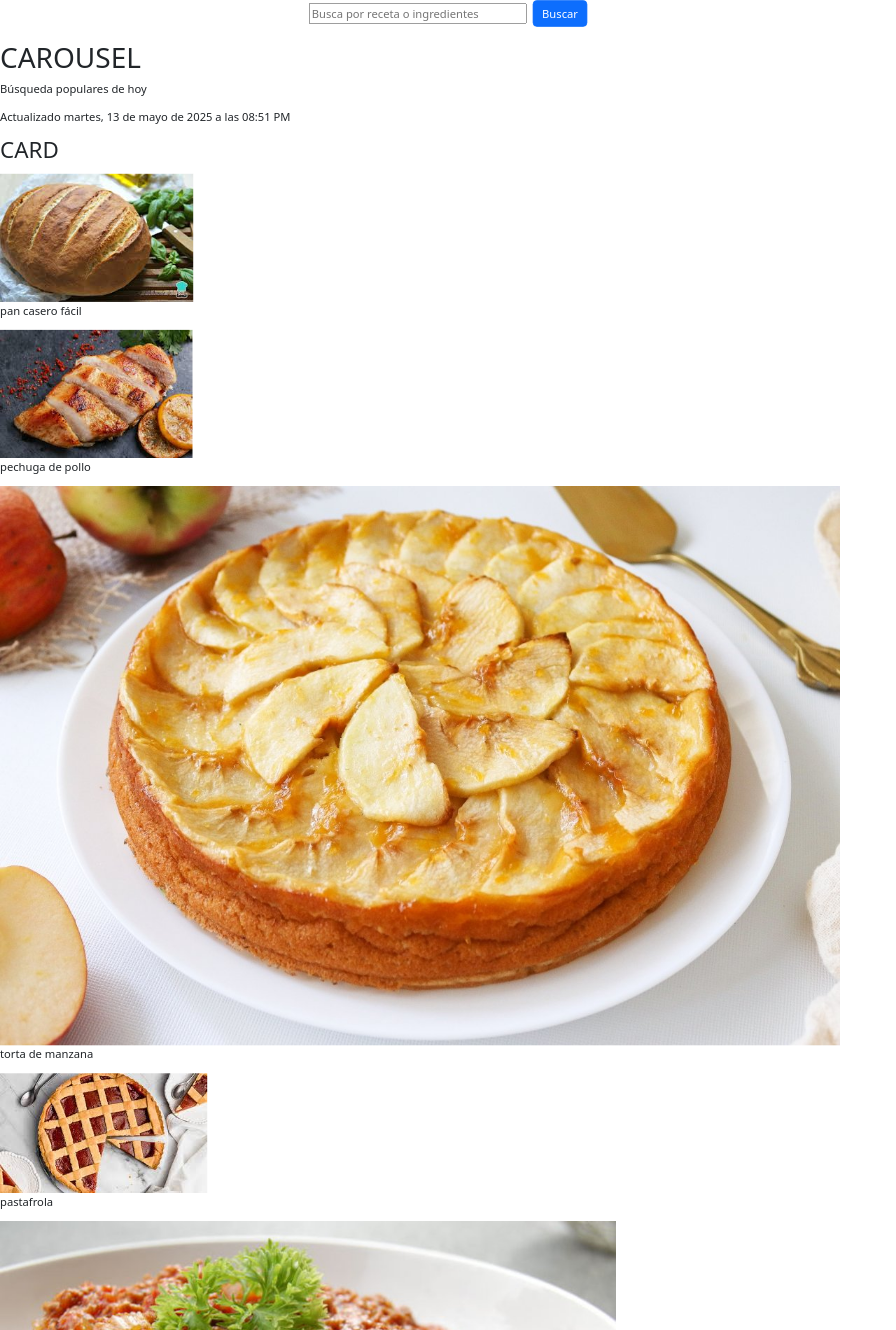
Repository: lucasp3113/coockpad
Page: index.html
The author's editor kept a copy of each file at every save. The page is drawn from the files as they stood at one save, then again after the next save.
The browser window is 1280 px wide. The pictures show the part of the page from y = 336 to 2236 px (the page is 3670 px tall), at 70% of full size.
A picture or video elsewhere on the page could not be fetched, so the positions and the page height are approximate.

Above is the page before, as saved 2025-05-15 11:53:09.

After the next save:
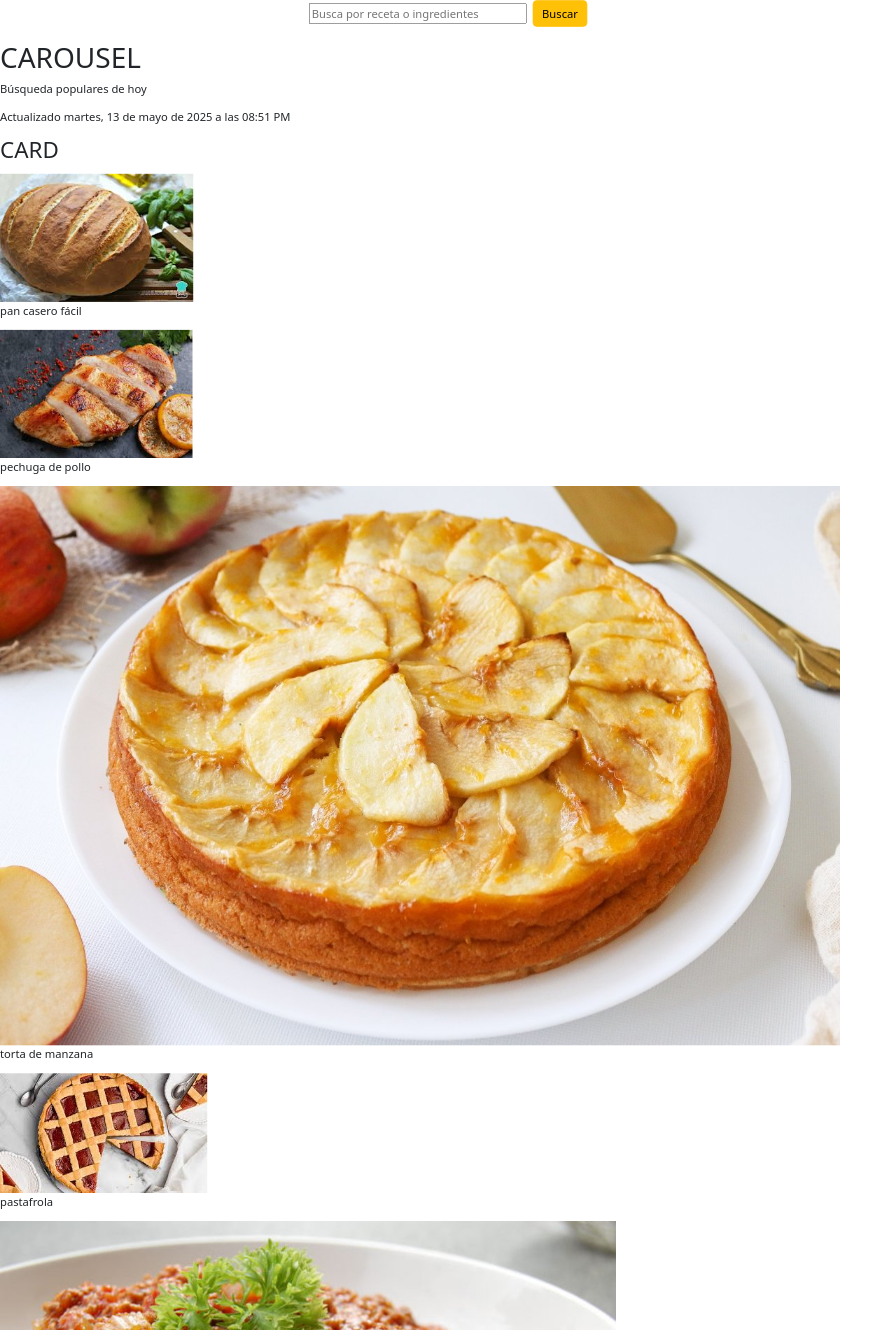
Saved 2 min 37 s later.
--- a/index.html
+++ b/index.html
@@ -15,7 +15,7 @@
     </header>
     <nav class="d-flex flex-row d-flex justify-content-center d-flex align-items-center m-3">
         <input type="text" class="m-1 w-25" placeholder="Busca por receta o ingredientes"/>
-        <button type="submit" class="btn btn-primary m-1">Buscar</button>
+        <button type="submit" class="btn btn-warning m-1">Buscar</button>
     </nav>
     <main>
         <section>
